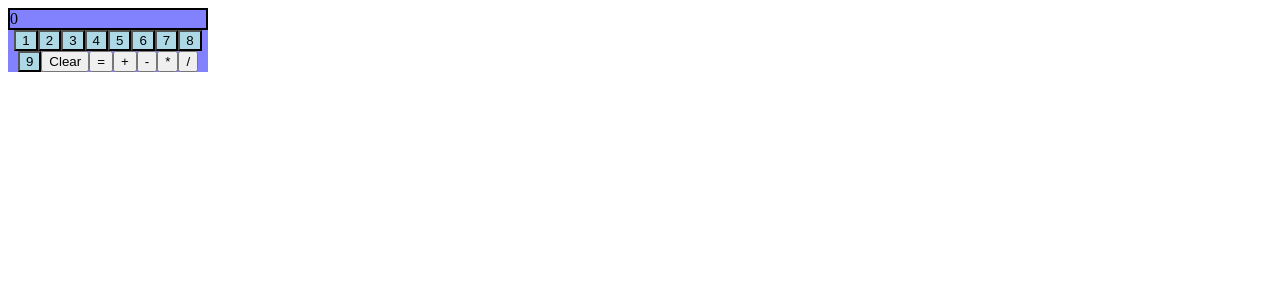
Repository: weazzyefff/Calculator-App
Page: index.html
These files come from the project's save history. The page is drawn as it stood at one moment and after the next save; the edit follows.
The browser window is 1280 px wide. The pictures show the whole page.

Above is the page before, as saved 2022-12-16 21:58:36.

### index.html
<!DOCTYPE html>
<html>
<head>
	<meta charset="utf-8">
	<meta name="viewport" content="width=device-width, initial-scale=1">
	<title>Calculator App</title>
    <link rel="stylesheet" href="style.css">
    <script src="script.js" defer></script>
</head>
<body>
    <div class="container">
        <div class="display">0</div>
        <button type ="input" class="numbtn" id="1">1</button>
        <button type ="input" class="numbtn" id="2">2</button>
        <button type ="input" class="numbtn" id="3">3</button>
        <button type ="input" class="numbtn" id="4">4</button>
        <button type ="input" class="numbtn" id="5">5</button>
        <button type ="input" class="numbtn" id="6">6</button>
        <button type ="input" class="numbtn" id="7">7</button>
        <button type ="input" class="numbtn" id="8">8</button>
        <button type ="input" class="numbtn" id="9">9</button>
        <button type ="input" id="clear">Clear</button>
        <button type ="input" id="=">=</button>
        <button type ="input" id="+">+</button>
        <button type = "input" id="-">-</button>
        <button type = "input" id="*">*</button>
        <button type = "input" id="/">/</button>
    </div>


</body>
</html>

### style.css
.container {
    width: 200px;
    display: flex;
    flex-wrap: wrap;
    align-items: center;
    justify-content: center;
    background-color: rgb(130, 130, 255);
}
.display {
    border: 2px solid black;
    width: 200px;
}
.numbtn {
    background-color: lightblue;
}

### script.js
//Global variables
displayValue = 0;

// Main functions
const add = (...args) => args.reduce((a, b) => a + b);

const subtract = (...args) => args.reduce((a, b) => a - b);

const multiply = (...args) => args.reduce((a, b) => a * b);

const divide = (...args) => args.reduce((a, b) => a / b);

const operate = (operator, a, b) => {
    switch (operator) {

        case '+':
            return add(a,b);

        case '-':
            return subtract(a,b);

        case '*':
            return multiply(a,b);

        case '/':
            return divide(a,b);

        default: console.log('Please enter a valid operator');
    }
}


const one = document.getElementById("1");
one.addEventListener("click", (e) => {
    document.querySelector(".display").innerHTML = 1;
    displayValue = 1;
});
const two = document.getElementById("2");
two.addEventListener("click", (e) => {
    document.querySelector(".display").innerHTML = 2;
    displayValue = 2;
});
const three = document.getElementById("3");
three.addEventListener("click", (e) => {
    document.querySelector(".display").innerHTML = 3;
    displayValue = 3;
});
const four = document.getElementById("4");
four.addEventListener("click", (e) => {
    document.querySelector(".display").innerHTML = 4;
    displayValue = 4;
});
const five = document.getElementById("5");
five.addEventListener("click", (e) => {
    document.querySelector(".display").innerHTML = 5;
    displayValue = 5;
});
const six = document.getElementById("6");
six.addEventListener("click", (e) => {
    document.querySelector(".display").innerHTML = 6;
    displayValue = 6;
});
const seven = document.getElementById("7");
seven.addEventListener("click", (e) => {
    document.querySelector(".display").innerHTML = 7;
    displayValue = 7;
});
const eight = document.getElementById("8");
eight.addEventListener("click", (e) => {
    document.querySelector(".display").innerHTML = 8;
    displayValue = 8;
});
const nine = document.getElementById("9");
nine.addEventListener("click", (e) => {
    document.querySelector(".display").innerHTML = 9;
    displayValue = 9;
});
const clear = document.getElementById("clear");
clear.addEventListener("click", (e) => {
    document.querySelector(".display").innerHTML = "0";
    displayValue = 0;
});
const addSign = document.getElementById("+");
addSign.addEventListener("click", (e) => {
  add();
});
const subtractSign = document.getElementById("-");
subtractSign.addEventListener("click", (e) => {
  subtract();
});
const multiplySign = document.getElementById("*");
addSign.addEventListener("click", (e) => {
  multiply();
});
const divideSign = document.getElementById("/");
addSign.addEventListener("click", (e) => {
  divide();
});
const equals = document.getElementById("=");
equals.addEventListener("click", (e) => {
  operate();
});


//console.log(operate('+',10, 5)); <<working

After the next save:
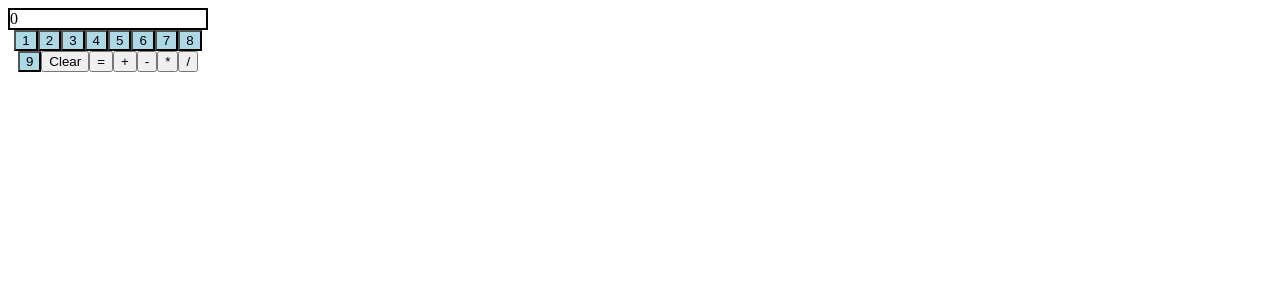
Saved 8 s later.
--- a/style.css
+++ b/style.css
@@ -4,7 +4,7 @@
     flex-wrap: wrap;
     align-items: center;
     justify-content: center;
-    background-color: rgb(130, 130, 255);
+
 }
 .display {
     border: 2px solid black;
